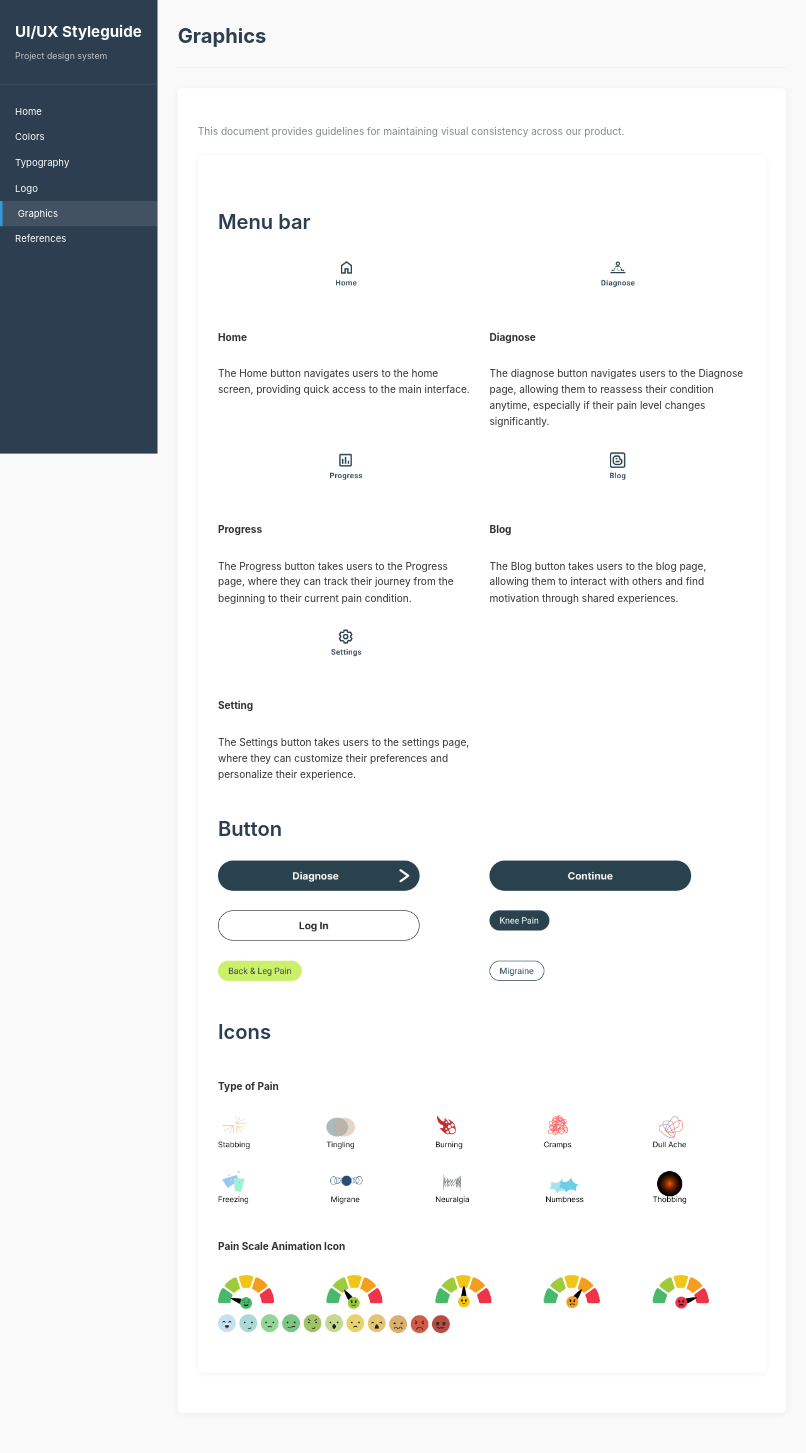
Repository: rosielee09/Heal_U
Page: graphics.html
These files come from the project's save history. The page is drawn as it stood at one moment and after the next save; the edit follows.
The browser window is 1280 px wide. The pictures show the whole page, at 63% of full size.

Above is the page before, as saved 2025-04-03 21:45:36.

### graphics.html
<!DOCTYPE html>
<html lang="en">
<head>
    <meta charset="UTF-8">
    <meta name="viewport" content="width=device-width, initial-scale=1.0">
    <link rel="stylesheet" href="styles.css">
    <title>Heal_U Styleguide</title>
</head>
<body>
    <div class="container">
        <!-- Sidebar Navigation -->
        <div class="sidebar">
            <div class="sidebar-header">
                <h1>UI/UX Styleguide</h1>
                <p>Project design system</p>
            </div>
            <ul class="nav">
                <li ><a href="index.html">Home</a></li>
                <li><a href="colors.html">Colors</a></li>
                <li><a href="typography.html">Typography</a></li>
                <li><a href="logo.html">Logo</a></li>
                <li class="active"><a href="graphics.html">Graphics</a></li>
                <li><a href="references.html">References</a></li>
            </ul>
        </div>

        <!-- Main Content - Home Page -->

        <div class="content">
            <header class="page-header">
                <h2>Graphics</h2>
            </header>

            <div class="component">
                <div class="component-header">
                  <p class="component-description">This document provides guidelines for maintaining visual consistency across our product.</p>
                </div>
           <!-- SECTION 1: menu bar -->
           <div class="component">
            <div class="component-header">

                <section class="component-section">
                    <h3 class="component-title">Menu bar</h3>
                    <div class="graphic-grid">
                        <!-- home -->
                        <div class="graphic-item">
                            <img class="graphic-menu__icon" src="/img/graphic-menu/home.png" alt="home">
                            <div class="graphic-info">
                                <h4 class="graphic-title">Home</h4>
                                <div>The Home button navigates users to the home screen, providing quick access to the main interface.</div>
                            </div>
                        </div>
                        <!-- diagnose -->
                        <div class="graphic-item">
                            <img class="graphic-menu__icon" src="/img/graphic-menu/diagnose.png" alt="diagnose">
                            <div class="graphic-info">
                                <h4 class="graphic-title">Diagnose </h4>
                                <div>The diagnose button navigates users to the Diagnose page, allowing them to reassess their condition anytime, especially if their pain level changes significantly.</div>
                            </div>
                        </div>
                        <!-- Progress -->
                        <div class="graphic-item">
                            <img class="graphic-menu__icon" src="/img/graphic-menu/progress.png" alt="Progress">
                            <div class="graphic-info">
                                <h4 class="graphic-title">Progress </h4>
                                <div>
                                    The Progress button takes users to the Progress page, where they can track their journey from the beginning to their current pain condition.</div>
                            </div>
                        </div>

                        <!-- blog -->
                        <div class="graphic-item">
                            <img class="graphic-menu__icon" src="/img/graphic-menu/blog.png" alt="blog">
                            <div class="graphic-info">
                                <h4 class="graphic-title">Blog </h4>
                                <div>The Blog button takes users to the blog page, allowing them to interact with others and find motivation through shared experiences.</div>
                        </div>
                        </div>

                        <!-- Setting -->
                        <div class="graphic-item">
                            <img class="graphic-menu__icon" src="/img/graphic-menu/setting.png" alt="Setting">
                            <div class="graphic-info">
                                <h4 class="graphic-title">Setting </h4>
                                <div>The Settings button takes users to the settings page, where they can customize their preferences and personalize their experience.</div>

                    </div>
                </div>
            </div>

<!-- button section -->
                <section class="component-section">
                    <h3 class="component-title">Button </h3>

                    <div class="graphic-grid">
                          <!-- fill button -->
                        <div class="graphic-item">
                            <img class="graphic-button__icon" src="/img/Appovation - buttons/Button-fill-withIcon.png" alt="fill-icon">
                        </div>
                        <div class="graphic-item">
                            <img class="graphic-button__icon" src="/img/Appovation - buttons/Button-fill.jpg" alt="fill">
                        </div>
                        <div class="graphic-item">
                            <img class="graphic-button__icon" src="/img/Appovation - buttons/Button-outline.jpg" alt="outline">
                        </div>
                        <div class="graphic-item">
                            <img class="graphic-button__icon" src="/img/Appovation - buttons/chips-fill.png" alt="chips">
                        </div>
                        <div class="graphic-item">
                            <img class="graphic-button__icon" src="/img/Appovation - buttons/chips-highlighted.png" alt="chips-highlighted">
                        </div>
                        <div class="graphic-item">
                            <img class="graphic-button__icon" src="/img/Appovation - buttons/chips-outlined.png" alt="chips-outlined">
                        </div>
                </div>
            </section>

            <section class="component-section">
                <h3 class="component-title">Icons </h3>
                <h4 class="graphic-title">Type of Pain</h4>
                <div class="graphic-grid__icons">

                    <div class="graphic-item">
                        <img class="graphic-icons" src="/img/Appovation - icons/Icon-stabbing.png" alt="pain_type_icon">
                    </div>
                    <div class="graphic-item">
                        <img class="graphic-icons" src="/img/Appovation - icons/Icon-tingling.png" alt="pain_type_icon">
                    </div>
                    <div class="graphic-item">
                        <img class="graphic-icons" src="/img/Appovation - icons/Icon_Burning.png" alt="pain_type_icon">
                    </div>
                    <div class="graphic-item">
                        <img class="graphic-icons" src="/img/Appovation - icons/Icon_Cramps.png" alt="pain_type_icon">
                    </div>
                    <div class="graphic-item">
                        <img class="graphic-icons" src="/img/Appovation - icons/Icon_dull ache.png" alt="pain_type_icon">
                    </div>
                    <div class="graphic-item">
                        <img class="graphic-icons" src="/img/Appovation - icons/Icon_freezing.png" alt="pain_type_icon">
                    </div>
                    <div class="graphic-item">
                        <img class="graphic-icons" src="/img/Appovation - icons/Icon_Migrane.png" alt="pain_type_icon">
                    </div>
                    <div class="graphic-item">
                        <img class="graphic-icons" src="/img/Appovation - icons/Icon_neuralgia.png" alt="pain_type_icon">
                    </div>
                    <div class="graphic-item">
                        <img class="graphic-icons" src="/img/Appovation - icons/Icon_numbness.png" alt="pain_type_icon">
                    </div>
                    <div class="graphic-item">
                        <img class="graphic-icons" src="/img/Appovation - icons/Icon_thobbing.png" alt="pain_type_icon">
                    </div>

                </div>


                <h4 class="graphic-title">Pain Scale Animation Icon</h4>
                <div class="graphic-grid__icons">

                    <div class="graphic-item">
                        <img class="graphic-icons" src="/img/Appovation - icons/Pain_difference-slider-green.png" alt="pain_scale_icon">
                    </div>
                    <div class="graphic-item">
                        <img class="graphic-icons" src="/img/Appovation - icons/Pain_difference-slider-mild.png" alt="pain_scale_icon">
                    </div>
                    <div class="graphic-item">
                        <img class="graphic-icons" src="/img/Appovation - icons/Pain_difference-slider-middle.png" alt="pain_scale_icon">
                    </div>
                    <div class="graphic-item">
                        <img class="graphic-icons" src="/img/Appovation - icons/Pain_difference-slider-less-severe.png" alt="pain_scale_icon">
                    </div>
                    <div class="graphic-item">
                        <img class="graphic-icons" src="/img/Appovation - icons/Pain_difference-slider-severe.png" alt="pain_scale_icon">
                    </div>
                </div>
                <div class="graphic-item">
                    <img class="graphic-icons" src="/img/Appovation - icons/progress pain scale.png" alt="pain_scale_icon">
                </div>




        </section>


</body>
<script src="script.js"></script>
</html>

### styles.css
* {
    margin: 0;
    padding: 0;
    box-sizing: border-box;
}

body {
    font-family: 'Inter', -apple-system, BlinkMacSystemFont, 'Segoe UI', Roboto, Oxygen, Ubuntu, Cantarell, sans-serif;
    line-height: 1.6;
    color: #333;
    background-color: #f9f9f9;
}

/* Layout */
.container {
    display: flex;
    min-height: 100vh;
}

/* Sidebar Navigation */
.sidebar {
    width: 250px;
    background-color: #2c3e50;
    color: #fff;
    padding: 2rem 0;
    position: fixed;
    height: 100vh;
    overflow-y: auto;
}

.sidebar-header {
    padding: 0 1.5rem 2rem;
    border-bottom: 1px solid rgba(255, 255, 255, 0.1);
}

.sidebar-header h1 {
    font-size: 1.5rem;
    font-weight: 700;
    margin-bottom: 0.5rem;
}

.sidebar-header p {
    font-size: 0.875rem;
    opacity: 0.7;
}

.nav {
    list-style: none;
    padding: 1.5rem 0;
}

.nav li {
    padding: 0.5rem 1.5rem;
}

.nav li.active {
    background-color: rgba(255, 255, 255, 0.1);
    border-left: 4px solid #3498db;
}

.nav a {
    color: #fff;
    text-decoration: none;
    display: block;
    font-size: 0.95rem;
    transition: all 0.2s;
}

.nav a:hover {
    opacity: 0.8;
}

/* Main Content */
.content {
    flex: 1;
    padding: 2rem;
    margin-left: 250px;
    max-width: calc(100% - 250px);
}

.page-header {
    margin-bottom: 2rem;
    padding-bottom: 1rem;
    border-bottom: 1px solid #eee;
}

.page-header h2 {
    font-size: 2rem;
    font-weight: 700;
    color: #2c3e50;
    margin-bottom: 0.5rem;
}

.page-header p {
    color: #7f8c8d;
    font-size: 1.1rem;
}

/* Components Common Styles */
.component {
    background-color: #fff;
    border-radius: 8px;
    box-shadow: 0 2px 10px rgba(0, 0, 0, 0.05);
    padding: 2rem;
    margin-bottom: 2rem;
}

.component-section{
    margin-top: 3rem;
}

.component-header {
    margin-top: 1.5rem;
    margin-bottom: 1.5rem;
}

.component-title {
    font-size: 2rem;
    font-weight: 600;
    margin-top: 1.5rem;
    margin-bottom: 1.5rem;
    color: #2c3e50;
}

.component-description {
    color: #7f8c8d;
}


    /* Color Styles */
.color-grid {
    display: grid;
    grid-template-columns: repeat(auto-fill, minmax(300px, 1fr));
    gap: 1.5rem;
}

.color-grid__onlycolor {
    display: grid;
    grid-template-columns: repeat(auto-fill, minmax(300px, 2fr));
    gap: 1.5rem;
    align-items: center;
}

.color-grid__Accessiblilliy {
    display: grid;
    grid-template-columns: repeat(auto-fit, minmax(clamp(300px, 50%, 400px), 1fr));
    gap: 1.5rem;
}

.color-item {
    border-radius: 6px;
    overflow: hidden;
    box-shadow: 0 2px 5px rgba(0, 0, 0, 0.1);
}

.color-preview {
    height: 120px;
}

.color-info {
    padding: 1rem;
    background-color: #fff;
}

.color-name {
    font-weight: 600;
    margin-bottom: 0.25rem;
}

.color-value {
    font-family: monospace;
    color: #7f8c8d;
    font-size: 0.85rem;
}

.color__primary--preview{
    background-color: #29424D;
}

.color__secondary--preview{
    background-color: #CFC4F4;
}

.color__tertiary--preview {
    background-color: #F8F3EC;
}

.color__accent--preview{
    background-color: #CDF06B;
}

.color__success--preview{
    background-color: #138636;
}

.color__error--preview{
    background-color: #C32D2D;
}

.color__warning--preview{
    background-color: #FFBD11;
}

.color__info--preview{
    background-color: #4976BA;
}

.color__background--preview{
    background-color: #fff;
}

.color__text--preview{
    background-color: #2E2E30;
}

.color-accessiblillity-img {
    width: 100%;
    height: 70%;
}

.color-example-img{
    align-items: center;
}


/* Graphics */
.graphic-grid {
    display: grid;
    grid-template-columns: repeat(auto-fill, minmax(300px, 2fr));
    gap: 1.5rem;

}

/* section__icons */
.graphic-grid__icons{
    display: grid;
    grid-template-columns: repeat(5, 1fr);
    gap: 1.5rem;
}

.graphic-item{
   justify-items: center;
}

.graphic-menu__icon{
    margin: 10px;
}
.graphic-title{
    margin-top: 3rem;
    margin-bottom: 2rem;
}

.graphic-item-grid1{
    margin-top: 1.5rem;
}
/* Typography */

/* Import Roboto font with multiple weights */
@import url('https://fonts.googleapis.com/css2?family=Roboto:wght@400;500;700&display=swap');


/* Table styling */
table {
  width: 100%;
  border-collapse: collapse;
  font-family: 'Roboto', sans-serif;
  margin: 2rem 0;
}

th {
  background-color: #f8f9fa;
  color: #212529;
  padding: 12px 16px;
  text-align: left;
  font-weight: 500;
  border-bottom: 2px solid #dee2e6;

}

td {
  padding: 16px;
  border-bottom: 1px solid #e9ecef;
  vertical-align: top;
}

/* Remove default list styling */
td li {
  list-style: none;
  margin: 4px 0;
  padding-left: 0;
}



.content-image {
  margin: auto;
  display: block;
  padding: 1rem;
}

.center {
  text-align: center;
}



.typography-item {
    margin-bottom: 2rem;
}


.heading1 {
  font-family: 'Roboto', sans-serif;
  font-size: 40px;
  line-height: 48px;
  font-weight: 700;
  color: #212529;

}

.heading2 {
  font-family: 'Roboto', sans-serif;
  font-size: 32px;
  line-height: 40px;
  font-weight: 700;
  color: #212529;
}

.section-header {
  font-family: 'Roboto', sans-serif;
  font-size: 24px;
  line-height: 32px;
  font-weight: 700;
  color: #212529;
}

.sub-header {
  font-family: 'Roboto', sans-serif;
  font-size: 20px;
  line-height: 28px;
  font-weight: 700;
  color: #212529;
}

.body-bold {
  font-family: 'Roboto', sans-serif;
  font-size: 16px;
  line-height: 24px;
  font-weight: 700;
  color: #212529;
}


.body {
  font-family: 'Roboto', sans-serif;
  font-size: 16px;
  line-height: 24px;
  font-weight: 400;
  color: #212529;
}

.small {
  font-family: 'Roboto', sans-serif;
  font-size: 14px;
  line-height: 20px;
  font-weight: 400;
  color: #212529;
}

.small-italic {
  font-family: 'Roboto', sans-serif;
  font-style: italic;
  font-size: 14px;
  line-height: 20px;
  font-weight: 400;
  color: #212529;
}

.tiny-bold {
  font-family: 'Roboto', sans-serif;
  font-size: 12px;
  line-height: 18px;
  font-weight: 700;
  color: #212529;
}

.tiny {
  font-family: 'Roboto', sans-serif;
  font-size: 12px;
  line-height: 18px;
  font-weight: 400;
  color: #212529;
}

.mini {
  font-family: 'Roboto', sans-serif;
  font-size: 8px;
  line-height: 12px;
  font-weight: 400;
  color: #212529;
  letter-spacing: 0.5px;
}

/* Add zebra striping for better readability */
tbody tr:nth-child(odd) {
  background-color: #f8f9fa;
}

Loaded but not shown: script.js (no stored copy; drawn as an empty file)

After the next save:
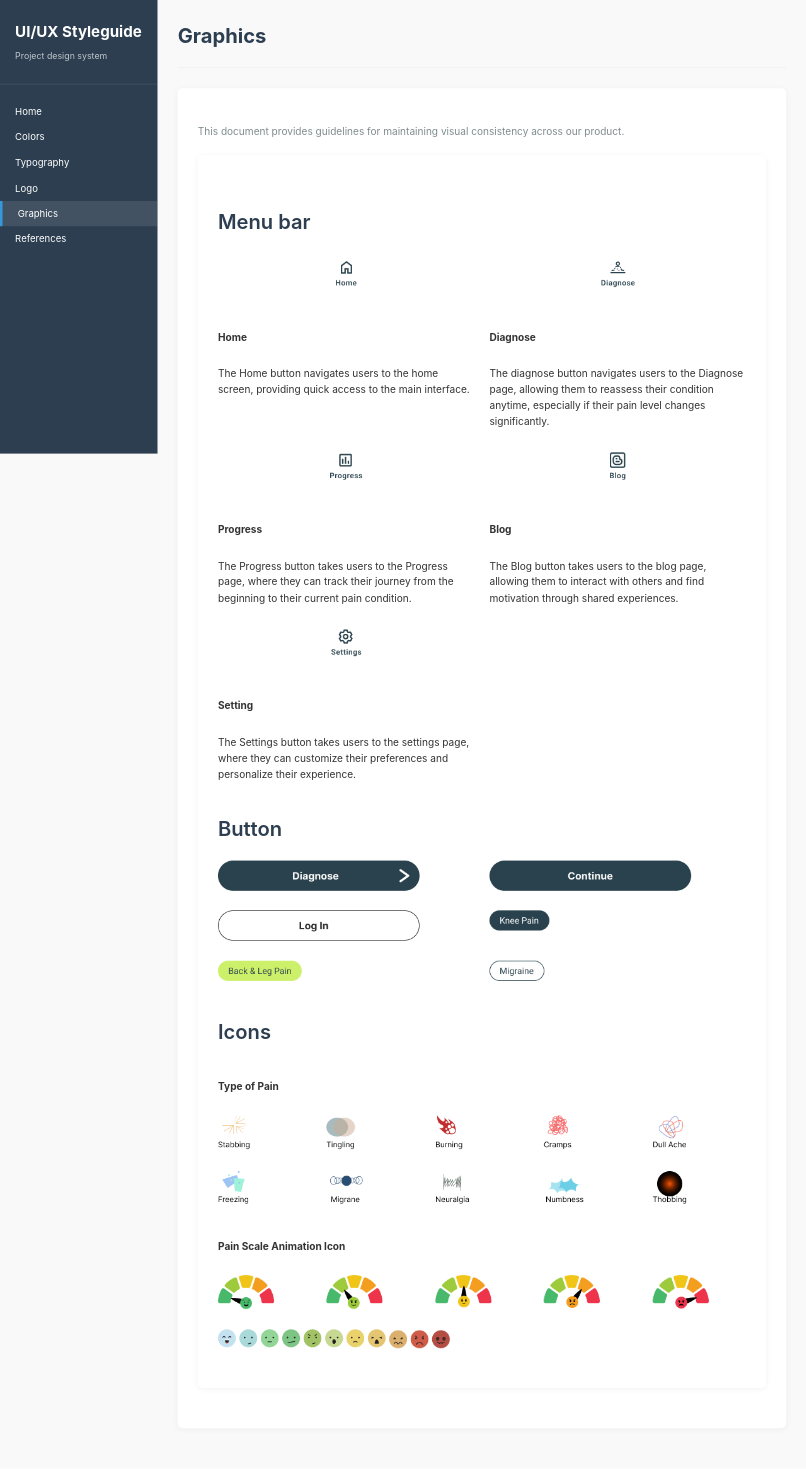
Saved 4 s later.
--- a/graphics.html
+++ b/graphics.html
@@ -173,7 +173,7 @@
                         <img class="graphic-icons" src="/img/Appovation - icons/Pain_difference-slider-severe.png" alt="pain_scale_icon">
                     </div>
                 </div>
-                <div class="graphic-item">
+                <div class="graphic-item-grid1">
                     <img class="graphic-icons" src="/img/Appovation - icons/progress pain scale.png" alt="pain_scale_icon">
                 </div>
 
